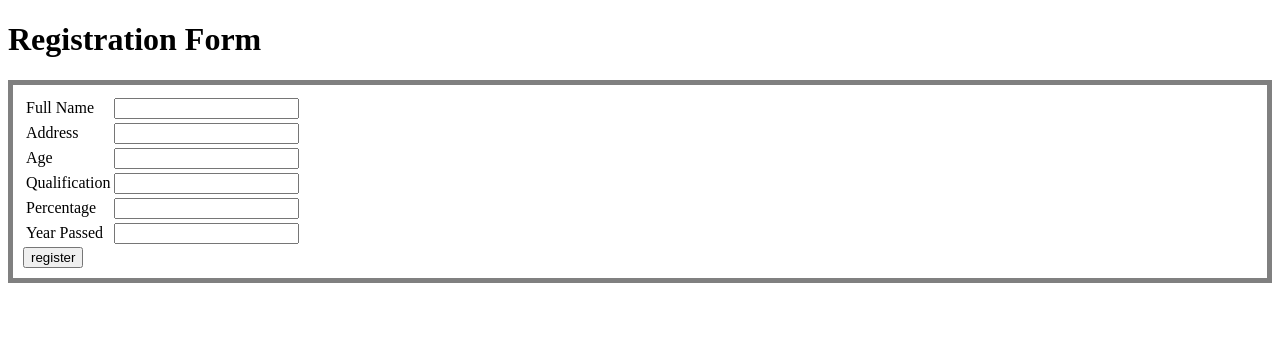
Repository: chhayanikam/skillmapperjee
Page: http://localhost/SkillMapperWeb/register.jsp
An editor plug-in stored every save of this project. The page is shown before and after the next save, followed by the edit.
The browser window is 1280 px wide. The pictures show the whole page.
The page is served by Tomcat 9. Other server files are loaded and not shown.

Above is the page before, as saved 2018-04-18 19:02:52.

### SkillMapperWeb/WebContent/register.jsp
<%@ page language="java" contentType="text/html; charset=ISO-8859-1"
    pageEncoding="ISO-8859-1"%>
<!DOCTYPE html PUBLIC "-//W3C//DTD HTML 4.01 Transitional//EN" "http://www.w3.org/TR/html4/loose.dtd">
<html>
<head>
<meta http-equiv="Content-Type" content="text/html; charset=ISO-8859-1">
<title>Registration Data</title>
</head>
<style>
div.ex {
	text-align: right width:300px;
	padding: 10px;
	border: 5px solid grey;
	margin: 0px
}
</style>
<body>
	<h1>Registration Form</h1>
	<div class="ex">
		<form action="RegistrationController" method="post">
			<table style="with: 50%">
				<tr>
					<td>Full Name</td>
					<td><input type="text" name="fullname" /></td>
				</tr>
				<tr>
					<td>Address</td>
					<td><input type="text" name="address" /></td>
				</tr>
				<tr>
					<td>Age</td>
					<td><input type="text" name="age" /></td>
				</tr>
				<tr>
					<td>Qualification</td>
					<td><input type="text" name="qual" /></td>
				</tr>
				<tr>
					<td>Percentage</td>
					<td><input type="text" name="percent" /></td>
				</tr>
				<tr>
					<td>Year Passed</td>
					<td><input type="text" name="yop" /></td>
				</tr>
			</table>
			<input type="submit" value="register" />
		</form>
	</div>
</body></html>

After the next save:
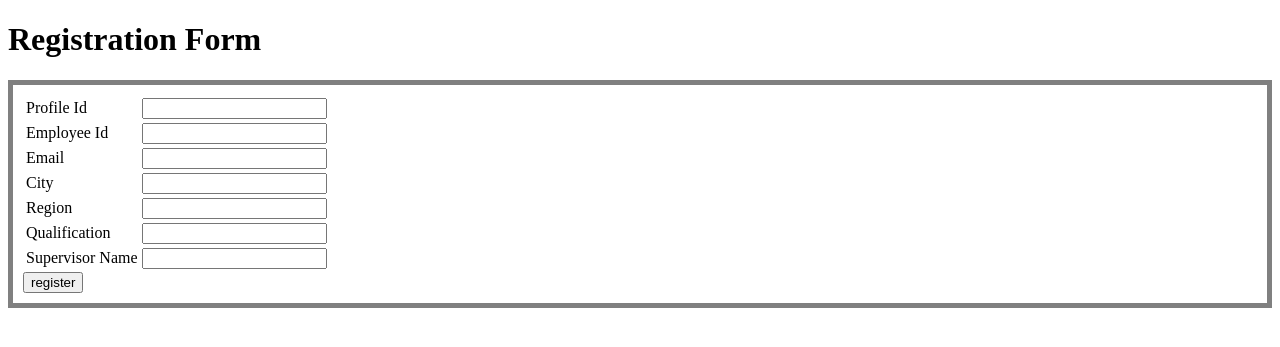
Saved 8 min 8 s later.
--- a/SkillMapperWeb/WebContent/register.jsp
+++ b/SkillMapperWeb/WebContent/register.jsp
@@ -20,28 +20,32 @@ div.ex {
 		<form action="RegistrationController" method="post">
 			<table style="with: 50%">
 				<tr>
-					<td>Full Name</td>
-					<td><input type="text" name="fullname" /></td>
+					<td>Profile Id</td>
+					<td><input type="text" name="profileId" /></td>
 				</tr>
 				<tr>
-					<td>Address</td>
-					<td><input type="text" name="address" /></td>
+					<td>Employee Id</td>
+					<td><input type="text" name="employeeId" /></td>
 				</tr>
 				<tr>
-					<td>Age</td>
-					<td><input type="text" name="age" /></td>
+					<td>Email</td>
+					<td><input type="text" name="email" /></td>
+				</tr>
+				<tr>
+					<td>City</td>
+					<td><input type="text" name="city" /></td>
+				</tr>
+				<tr>
+					<td>Region</td>
+					<td><input type="text" name="region" /></td>
 				</tr>
 				<tr>
 					<td>Qualification</td>
-					<td><input type="text" name="qual" /></td>
+					<td><input type="text" name="qualification" /></td>
 				</tr>
 				<tr>
-					<td>Percentage</td>
-					<td><input type="text" name="percent" /></td>
-				</tr>
-				<tr>
-					<td>Year Passed</td>
-					<td><input type="text" name="yop" /></td>
+					<td>Supervisor Name</td>
+					<td><input type="text" name="supervisorname" /></td>
 				</tr>
 			</table>
 			<input type="submit" value="register" />
